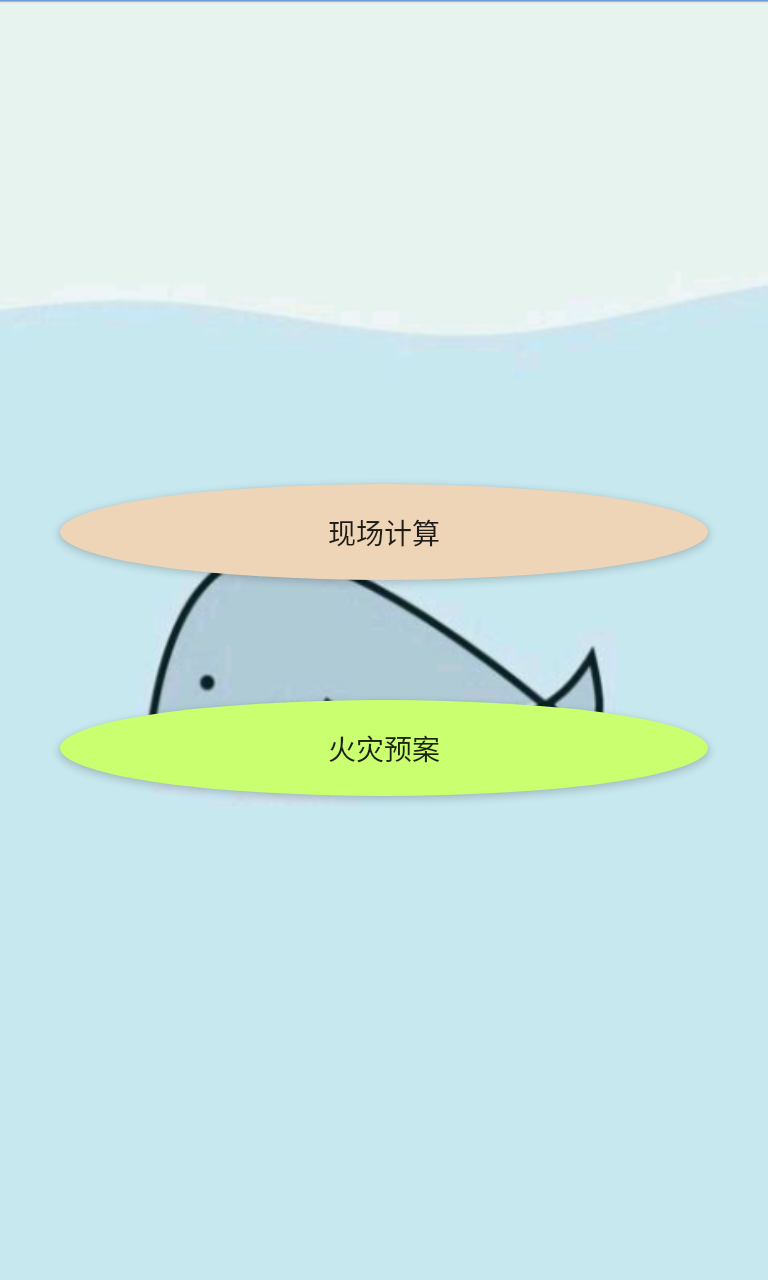
Repository: hohoTT/fireWork_handle_app
Layout: fireWork_handle_app/res/layout/activity_main.xml
These files come from the project's save history. The layout is drawn as it stood at one moment and after the next save; the edit follows.
It is drawn on a 768 x 1280 px phone screen (xhdpi) without system bars, with theme AppTheme; the app's code is not run.

Above is the layout before, as saved 2016-03-06 11:56:23.

After the next save:
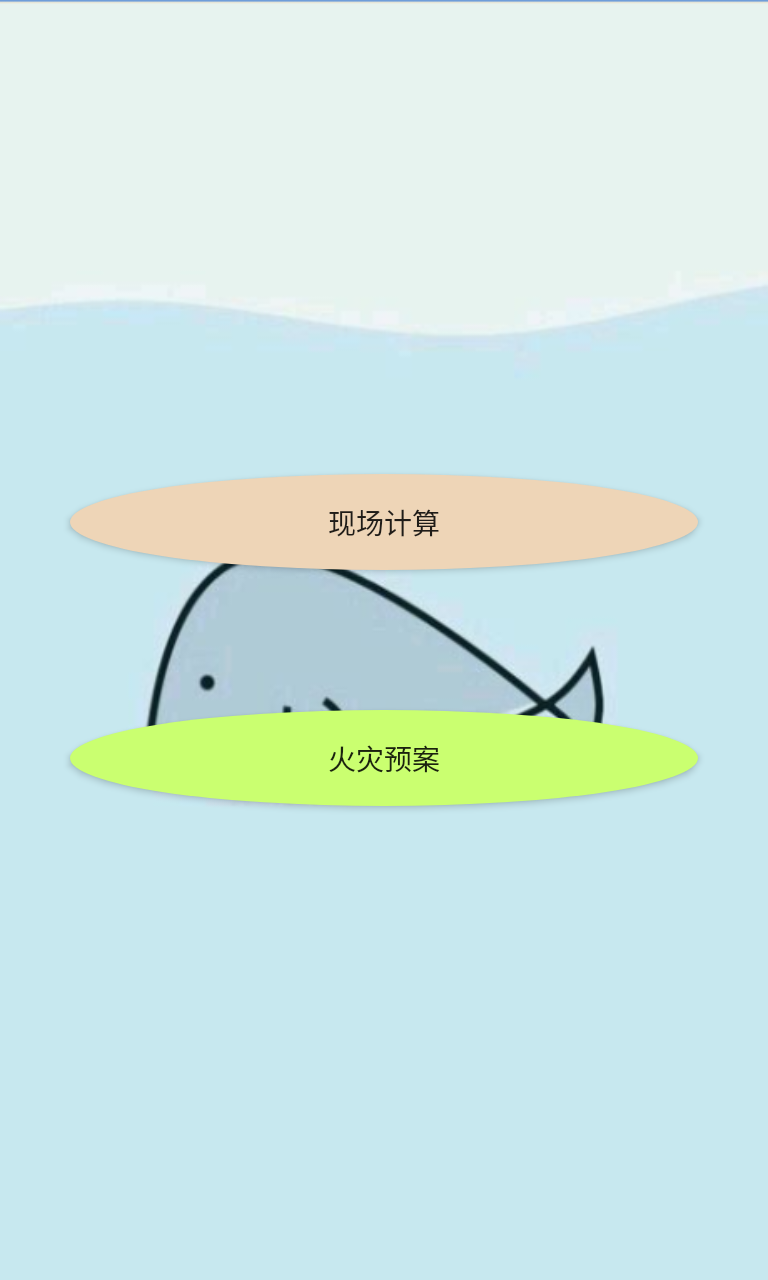
Saved 92 s later.
--- a/fireWork_handle_app/res/layout/activity_main.xml
+++ b/fireWork_handle_app/res/layout/activity_main.xml
@@ -10,7 +10,7 @@
 	    android:id="@+id/btu_fire_calculate"
 	    android:layout_width="match_parent"
 	    android:layout_height="wrap_content"
-	    android:layout_margin="30dp"
+	    android:layout_margin="35dp"
 	    android:text="@string/fire_calculate"
 	    android:background="@drawable/shape_one" />
 
@@ -18,7 +18,7 @@
 	    android:id="@+id/btu_fire_plan"
 	    android:layout_width="match_parent"
 	    android:layout_height="wrap_content"
-	    android:layout_margin="30dp"
+	    android:layout_margin="35dp"
 	    android:text="@string/fire_plan"
 	    android:background="@drawable/shape_two" />
 
